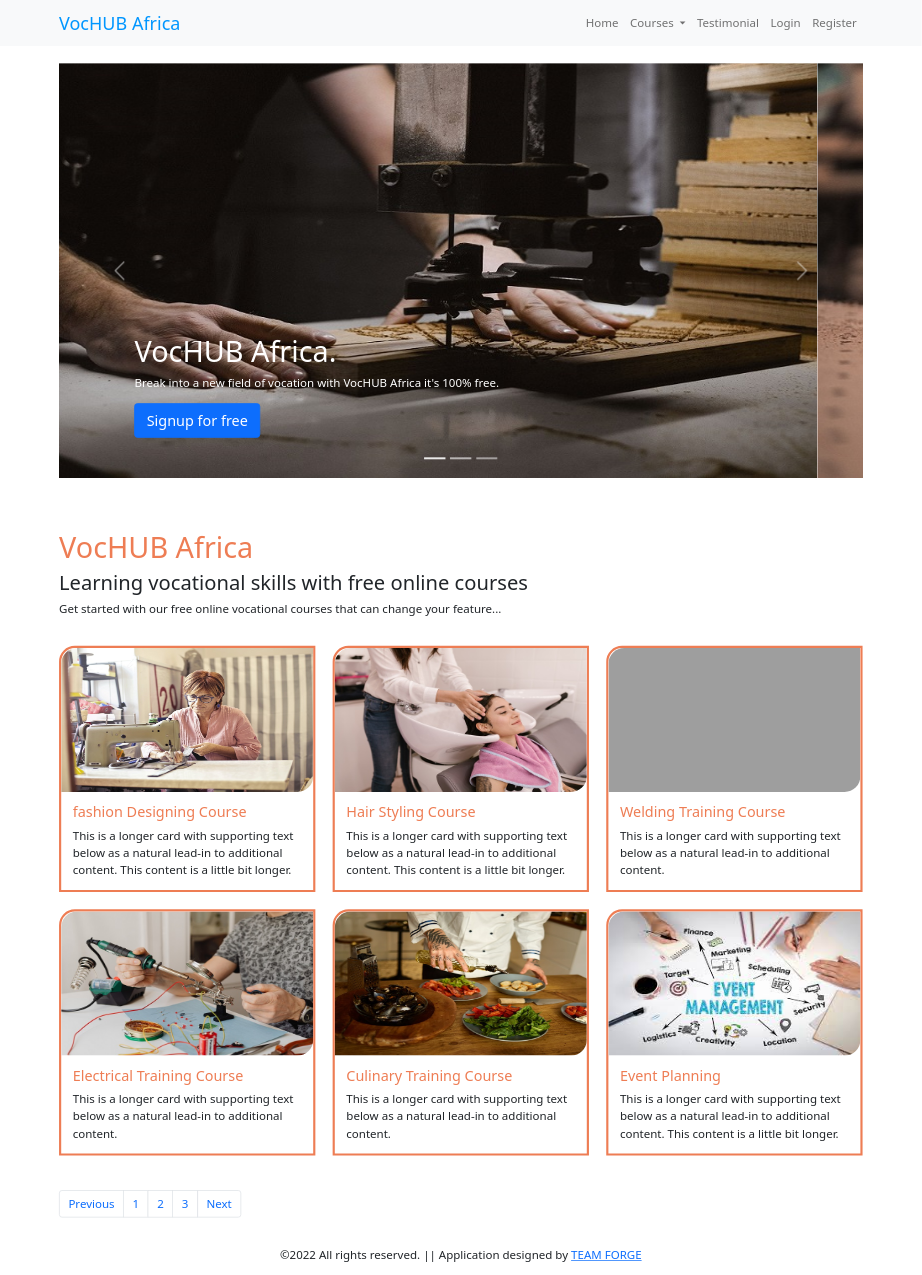
Repository: EKem01/VocHUB-Africa-Project
Page: / (app in client/)
An editor plug-in stored every save of this project. The page is shown before and after the next save, followed by the edit.
The browser window is 1280 px wide. The pictures show the whole page, at 72% of full size.
Pictures or frames that could not be fetched are drawn as grey boxes. The project was rebuilt for these pictures with package versions that can differ from the ones it lists, and the page was loaded fresh each time. Also part of the build but not shown: client/angular.json, client/src/app/components/login/login.component.ts, client/src/app/components/register/register.component.ts, client/src/app/components/courses/fashion-designing/fashion-designing.component.ts, client/src/app/components/courses/hair-styling/hair-styling.component.ts, client/src/app/components/dashboard/dashboard.component.ts, client/src/app/components/logout/logout.component.ts, client/src/app/components/mentorship/mentorship.component.ts.

Above is the page before, as saved 2022-06-13 23:15:27.

### client/src/index.html
<!doctype html>
<html lang="en">
<head>
  <meta charset="utf-8">
  <title>Vochub-Africa</title>
  <base href="/">
  <link href="https://cdn.jsdelivr.net/npm/bootstrap@5.0.2/dist/css/bootstrap.min.css" rel="stylesheet" integrity="sha384-EVSTQN3/azprG1Anm3QDgpJLIm9Nao0Yz1ztcQTwFspd3yD65VohhpuuCOmLASjC" crossorigin="anonymous">
  <meta name="viewport" content="width=device-width, initial-scale=1">
  <link rel="icon" type="image/x-icon" href="favicon.ico">
</head>
<body>
  <app-root></app-root>
  <script src="https://code.jquery.com/jquery-3.6.0.js" integrity="sha256-H+K7U5CnXl1h5ywQfKtSj8PCmoN9aaq30gDh27Xc0jk=" crossorigin="anonymous"></script>
  <script src="https://cdn.jsdelivr.net/npm/bootstrap@5.0.2/dist/js/bootstrap.bundle.min.js" integrity="sha384-MrcW6ZMFYlzcLA8Nl+NtUVF0sA7MsXsP1UyJoMp4YLEuNSfAP+JcXn/tWtIaxVXM" crossorigin="anonymous"></script>
</body>
</html>

### client/src/app/app.module.ts
import { NgModule } from '@angular/core';
import { FormsModule } from '@angular/forms';
import { BrowserModule } from '@angular/platform-browser';
import { AppRoutingModule } from './app-routing.module';
import { AppComponent } from './app.component';
import { NavbarComponent } from './components/navbar/navbar.component';
import { HomeComponent } from './components/home/home.component';
import { LoginComponent } from './components/login/login.component';
import { RegisterComponent } from './components/register/register.component';
import { NgbModule } from '@ng-bootstrap/ng-bootstrap';
import { HttpClientModule } from '@angular/common/http';
import { FashionDesigningComponent } from './components/courses/fashion-designing/fashion-designing.component';
import { HairStylingComponent } from './components/courses/hair-styling/hair-styling.component';
import { DashboardComponent } from './components/dashboard/dashboard.component';
import { LogoutComponent } from './components/logout/logout.component';
import { MentorshipComponent } from './components/mentorship/mentorship.component';

@NgModule({
  declarations: [
    AppComponent,
    NavbarComponent,
    HomeComponent,
    LoginComponent,
    LogoutComponent,
    RegisterComponent,
    FashionDesigningComponent,
    HairStylingComponent,
    DashboardComponent,
    LogoutComponent,
    MentorshipComponent
  ],
  imports: [
    BrowserModule,
    AppRoutingModule,
    FormsModule,
    NgbModule,
    HttpClientModule
  ],
  providers: [],
  bootstrap: [AppComponent]
})
export class AppModule { }

### client/src/app/app-routing.module.ts
import { RouterModule, Routes } from '@angular/router';
import { NgModule } from '@angular/core';
import { HomeComponent } from './components/home/home.component';
import { LoginComponent } from './components/login/login.component';
import { RegisterComponent } from './components/register/register.component';
import { FashionDesigningComponent } from './components/courses/fashion-designing/fashion-designing.component';
import { HairStylingComponent } from './components/courses/hair-styling/hair-styling.component';
import { DashboardComponent } from './components/dashboard/dashboard.component';




const appRoutes: Routes = [
    { path: '', component: HomeComponent},
    { path: 'register', component: RegisterComponent},
    { path: 'login', component: LoginComponent},
    { path: 'hair', component: HairStylingComponent},
    { path: 'fashion', component: FashionDesigningComponent},
    { path: 'dashboard', component: DashboardComponent}
    //{ path: '', redirectTo: '/home', pathMatch: 'full' },
    //{ path: '**', component: NotFoundComponent }
  ]

@NgModule({
    declarations: [],
    imports: [RouterModule.forRoot(appRoutes)],
    providers: [],
    bootstrap: [],
    exports: [RouterModule]
  })
  export class AppRoutingModule { }

### client/src/app/app.component.ts
import { Component } from '@angular/core';

@Component({
  selector: 'app-root',
  templateUrl: './app.component.html',
  styleUrls: ['./app.component.css']
})
export class AppComponent {
  title = 'vochub-elearning';
}

### client/src/app/components/navbar/navbar.component.html
<nav class="navbar navbar-expand-lg navbar-light bg-light mb-4">
    <div class="container">
        <a class="navbar-brand" routerLink="/">VocHUB Africa</a>
        <button class="navbar-toggler" type="button" data-bs-toggle="collapse" data-bs-target="#navbarSupportedContent"
            aria-controls="navbarSupportedContent" aria-expanded="false" aria-label="Toggle navigation">
            <span class="navbar-toggler-icon"></span>
        </button>
        <div class="collapse navbar-collapse" id="navbarSupportedContent">
            <ul class="navbar-nav me-auto mb-2 mb-lg-0"> </ul>
            <ul class="nav navbar-nav navbar-right">
              <li><a class="nav-link" aria-current="page" routerLink="/">Home</a></li>
              <li class="nav-item dropdown">
                  <a class="nav-link dropdown-toggle" href="#" id="navbarDropdown" role="button" data-bs-toggle="dropdown" aria-expanded="false">
                    Courses
                  </a>
                  <ul class="dropdown-menu" aria-labelledby="navbarDropdown">
                    <li><a class="dropdown-item" routerLink="/course">Arts and craft</a></li>
                    <li><a class="dropdown-item" routerLink="/course">Electrician</a></li>
                    <li><a class="dropdown-item" routerLink="course">Welding</a></li>
                    <li><a class="dropdown-item" routerLink="/fashion">Fashion Designing</a></li>
                    <li><a class="dropdown-item" routerLink="/course">Graphic Designing</a></li>
                    <li><a class="dropdown-item" routerLink="/course">Culinary Arts</a></li>
                    <li><a class="dropdown-item" routerLink="/course">Event planning</a></li>
                    <li><a class="dropdown-item" routerLink="/hair">Hair Styling</a></li>
                  </ul>
                </li>
                <li><a class="nav-link" routerLink="/testimonial">Testimonial</a></li>
                <li><a class="nav-link" routerLink="/login">Login</a></li>
                <li><a class="nav-link" routerLink="/register">Register</a></li>
            </ul>
        </div>
    </div>
  </nav>

  <div class="container">
    <router-outlet></router-outlet>
  </div>
  <br>

  <footer class="text-center">
    <div class="container">
      <p>&copy;2022 All rights reserved. || Application designed by <a href="#">TEAM FORGE</a></p>
    </div>
  </footer>

### client/src/app/components/navbar/navbar.component.css
button{
    border-radius: 10px;
}
.navbar-brand{
    color: #0096FF;
    font-size: 25px;
}

### client/src/app/components/home/home.component.html
<div id="myCarousel" class="carousel slide" data-bs-ride="carousel">
  <div class="carousel-indicators">
    <button type="button" data-bs-target="#myCarousel" data-bs-slide-to="0" class="active" aria-current="true"
      aria-label="Slide 1"></button>
    <button type="button" data-bs-target="#myCarousel" data-bs-slide-to="1" aria-label="Slide 2"></button>
    <button type="button" data-bs-target="#myCarousel" data-bs-slide-to="2" aria-label="Slide 3"></button>
  </div>
  <div class="carousel-inner">
    <div class="carousel-item active">
      <img src="assets/img/shevet.jpg" class="d-block w-100" alt="...">

      <div class="container">
        <div class="carousel-caption text-start">
          <h1>VocHUB Africa.</h1>
          <p>Break into a new field of vocation with VocHUB Africa it's 100% free.</p>
          <p><a class="btn btn-lg btn-primary" routerLink="/register">Signup for free</a></p>
        </div>
      </div>
    </div>
    <div class="carousel-item">
      <img src="assets/img/cley.jpg" class="d-block w-100" alt="...">

      <div class="container">
        <div class="carousel-caption text-start">
          <h1>Learn without limits.</h1>
          <p>Start your vocational career with more than 1,000 courses with VocHUB Africa.</p>
          <p><a class="btn btn-lg btn-primary" routerLink="/register">Learn more...</a></p>
        </div>
      </div>
    </div>
    <div class="carousel-item">
      <img src="assets/img/T1.jpg" class="d-block w-100" alt="...">

      <div class="container">
        <div class="carousel-caption text-start">
          <h1>Start leraning for free.</h1>
          <p>Free vocational online courses with VocHUB Africa.</p>
          <p><a class="btn btn-lg btn-primary" routerLink="/register">Courses</a></p>
        </div>
      </div>
    </div>
  </div>
  <button class="carousel-control-prev" type="button" data-bs-target="#myCarousel" data-bs-slide="prev">
    <span class="carousel-control-prev-icon" aria-hidden="true"></span>
    <span class="visually-hidden">Previous</span>
  </button>
  <button class="carousel-control-next" type="button" data-bs-target="#myCarousel" data-bs-slide="next">
    <span class="carousel-control-next-icon" aria-hidden="true"></span>
    <span class="visually-hidden">Next</span>
  </button>
</div>
<br>
<br>
<br>


<section class="courses">
  <h1>VocHUB Africa</h1>
  <h3>Learning vocational skills with free online courses</h3>
  <p>Get started with our free online vocational courses that can change your feature...</p><br>
  <div class="row row-cols-1 row-cols-md-3 g-4">
    <div class="col">
      <div class="card">
        <a routerLink="/fashion">
          <img src="assets/img/T2.jpg" class="card-img-top" alt="...">
        </a>
        <div class="card-body">
          <div class="course">
            <h5><a routerLink="/fashion">fashion Designing Course</a></h5>
          </div>
          <p class="card-text">This is a longer card with supporting text below as a natural lead-in to additional
            content. This content is a little bit longer.</p>
        </div>
      </div>
    </div>

    <div class="col">
      <div class="card">
        <a routerLink="/hair">
          <img src="assets/img/hair.jpg" class="card-img-top" alt="...">
        </a>
        <div class="card-body">
          <div class="course">
            <h5><a routerLink="/hair">Hair Styling Course</a></h5>
          </div>
          <p class="card-text">This is a longer card with supporting text below as a natural lead-in to additional
            content. This content is a little bit longer.</p>
        </div>
      </div>
    </div>
    <div class="col">
      <div class="card">
        <img src="assets/img/welding.jpg" class="card-img-top" alt="...">
        <div class="card-body">
          <div class="course">
            <h5><a routerLink="#">Welding Training Course</a></h5>
          </div>
          <p class="card-text">This is a longer card with supporting text below as a natural lead-in to additional
            content.</p>
        </div>
      </div>
    </div>
    <div class="col">
      <div class="card">
        <img src="assets/img/electric.jpg" class="card-img-top" alt="...">
        <div class="card-body">
          <div class="course">
            <h5><a routerLink="#">Electrical Training Course</a></h5>
          </div>
          <p class="card-text">This is a longer card with supporting text below as a natural lead-in to additional
            content.</p>
        </div>
      </div>
    </div>
    <div class="col">
      <div class="card">
        <img src="assets/img/culinary.jpg" class="card-img-top" alt="...">
        <div class="card-body">
          <div class="course">
            <h5><a routerLink="#">Culinary Training Course</a></h5>
          </div>
          <p class="card-text">This is a longer card with supporting text below as a natural lead-in to additional
            content.</p>
        </div>
      </div>
    </div>
    <div class="col">
      <div class="card">
        <img src="assets/img/event.jpg" class="card-img-top" alt="...">
        <div class="card-body">
          <div class="course">
            <h5><a routerLink="/fashion">Event Planning</a></h5>
          </div>
          <p class="card-text">This is a longer card with supporting text below as a natural lead-in to additional
            content.
            This content is a little bit longer.</p>
        </div>
      </div>
    </div>
  </div>
</section>
<br>
<br>

<section class="pagination">
  <nav aria-label="Page navigation example">
    <ul class="pagination">
      <li class="page-item"><a class="page-link" href="#">Previous</a></li>
      <li class="page-item"><a class="page-link" href="#">1</a></li>
      <li class="page-item"><a class="page-link" href="#">2</a></li>
      <li class="page-item"><a class="page-link" href="#">3</a></li>
      <li class="page-item"><a class="page-link" href="#">Next</a></li>
    </ul>
  </nav>
</section>

### client/src/app/components/home/home.component.css
img{
    width: 100%;
    height: 80vh;
}
.courses h1{
    color: rgb(238, 125, 84);
}
.courses h3{
    color: ;
}
.card{
    border-radius: 22px 0px 0 0;
    border: 3px solid rgb(238, 125, 84);
}
.card img{
    height: 200px;
    border-radius: 22px 0px;
}
.course a{
    text-decoration: none;
    color: rgb(238, 125, 84);
}

Loaded but not shown: client/src/styles.css (common file); client/src/main.ts (common file); client/src/environments/environment.ts (common file); client/src/app/components/navbar/navbar.component.ts (common file); client/src/app/components/home/home.component.ts (common file); client/src/app/app.component.html (common file); client/src/app/app.component.css (no stored copy; drawn as an empty file)

After the next save:
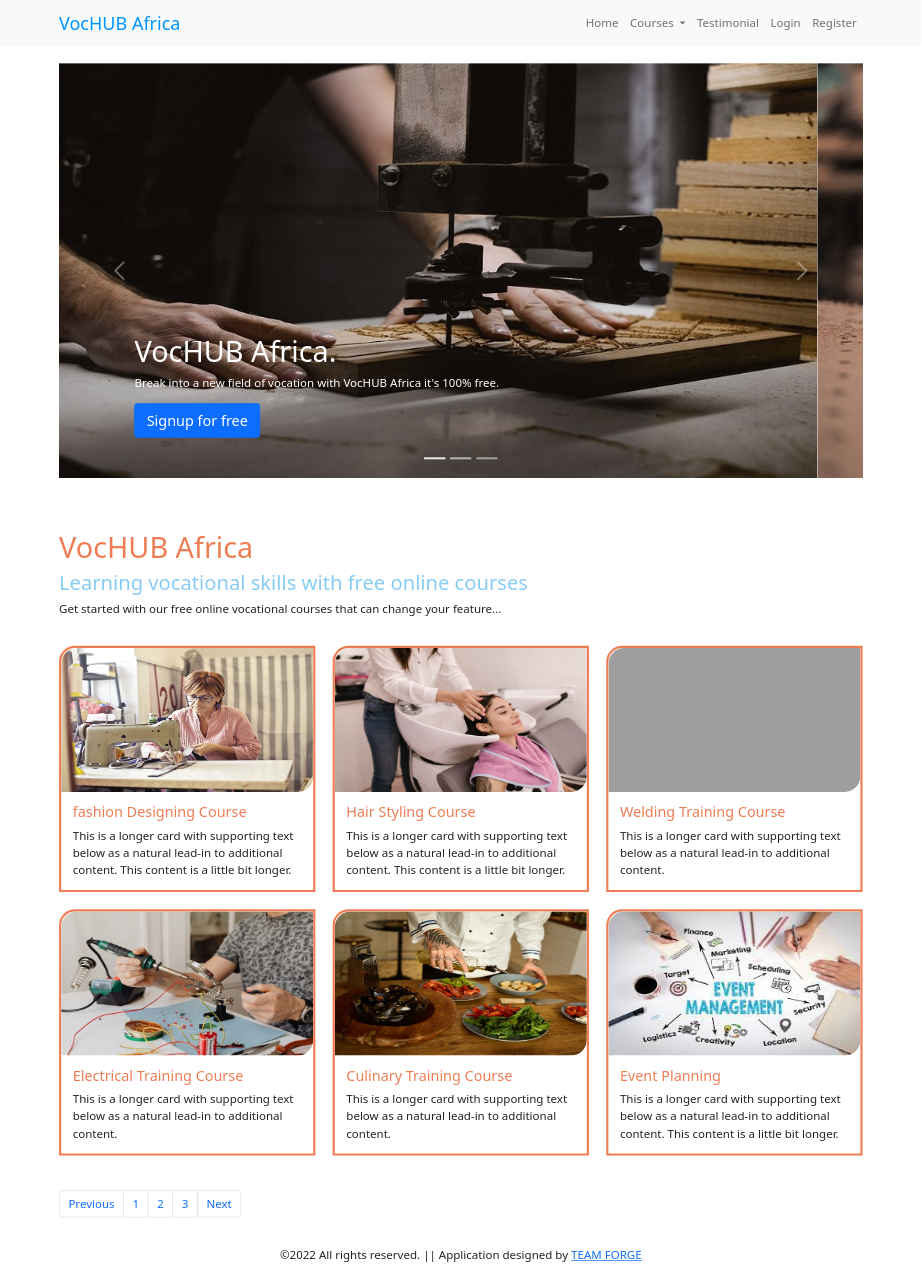
Saved 14 s later.
--- a/client/src/app/components/home/home.component.css
+++ b/client/src/app/components/home/home.component.css
@@ -6,7 +6,7 @@ img{
     color: rgb(238, 125, 84);
 }
 .courses h3{
-    color: ;
+    color:  rgb(134, 204, 245);
 }
 .card{
     border-radius: 22px 0px 0 0;
